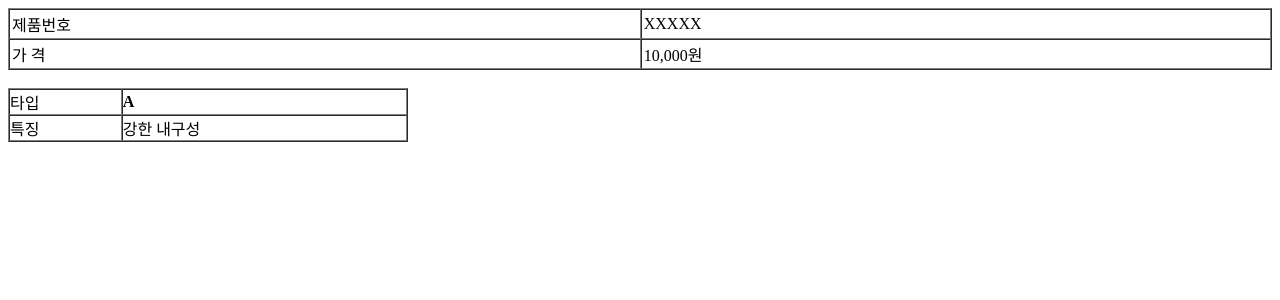
Repository: noopzzya/study_jsp_globalin
Page: http://localhost/ServletProject/temp/template/info_view.jsp
The author's editor kept a copy of each file at every save. The page is drawn from the files as they stood at one save, then again after the next save.
The browser window is 1280 px wide. The pictures show the whole page.
The page is served by Tomcat 9. Other server files are loaded and not shown.

Above is the page before, as saved 2023-02-01 05:46:35.

### ServletProject/src/main/webapp/temp/template/info_view.jsp
<%@ page language="java" contentType="text/html; charset=UTF-8"
    pageEncoding="UTF-8"%>

<table width="100%" border="1" cellpadding="2" cellspacing="0">

	<tr>
		<td>제품번호</td><td>XXXXX</td>
	</tr>

	<tr>
		<td>가   격</td><td>10,000원</td>
	</tr>

</table>

<jsp:include page="infoSub.jsp" flush="false">
	<jsp:param value="A" name="type"/>
</jsp:include>

### ServletProject/src/main/webapp/temp/template/infoSub.jsp
<%@ page language="java" contentType="text/html; charset=UTF-8"
    pageEncoding="UTF-8"%>
<%
	String type = request.getParameter("type");
	if(type != null){
%>
		<br>
		<table width="400" border="1" cellpadding="0" cellspacing="0">

			<tr>
				<td>타입</td> <td><b><%=type %></b></td>
			</tr>

			<tr>
				<td>특징</td>

				<td>
				<% if(type.equals("A")){ %>
					강한 내구성
				<%}else if(type.equals("B")){ %>
					뛰어난 대처 능력
				<%}%>
				</td>
			</tr>

		</table>
<%
	}
%>

After the next save:
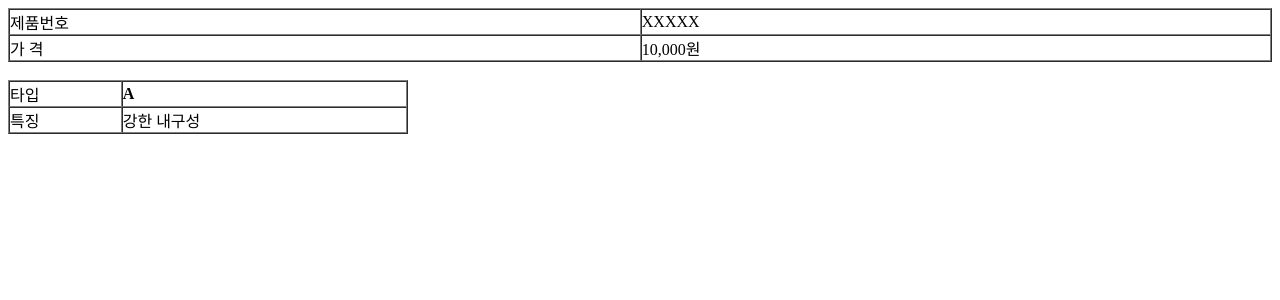
Saved 14 s later.
--- a/ServletProject/src/main/webapp/temp/template/info_view.jsp
+++ b/ServletProject/src/main/webapp/temp/template/info_view.jsp
@@ -1,7 +1,7 @@
 <%@ page language="java" contentType="text/html; charset=UTF-8"
     pageEncoding="UTF-8"%>
 
-<table width="100%" border="1" cellpadding="2" cellspacing="0">
+<table width="100%" border="1" cellpadding="0" cellspacing="0">
 
 	<tr>
 		<td>제품번호</td><td>XXXXX</td>
